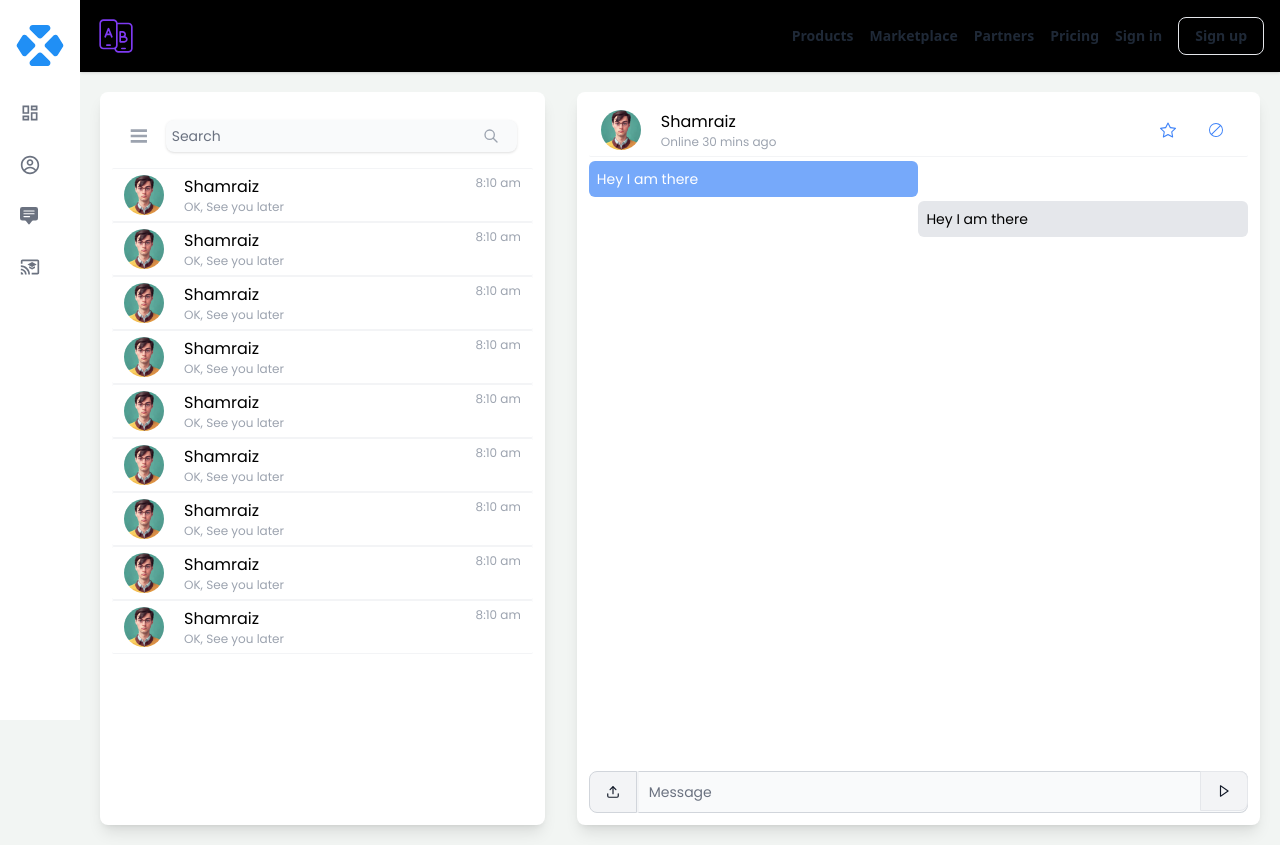
Repository: Shamraiz761/Frontend-Assessment
Page: /chat
The author's editor kept a copy of each file at every save. The page is drawn from the files as they stood at one save, then again after the next save.
The browser window is 1280 px wide. The pictures show the whole page.
The project was rebuilt for these pictures with package versions that can differ from the ones it lists, and the page was loaded fresh each time. Also part of the build but not shown: vite.config.js, src/routes/root.jsx, src/pages/orders/index.jsx, src/pages/submission/index.jsx, src/pages/admin/index.css, src/components/admin/card.jsx, src/components/admin/addCard.jsx, src/pages/admin/index.jsx and 3 more. Imported but missing from the stored project, and not drawn on this page: src/pages/auth/login, src/pages/tasks, src/routes/profileLayout.

Above is the page before, as saved 2023-07-06 13:49:40.

After the next save:
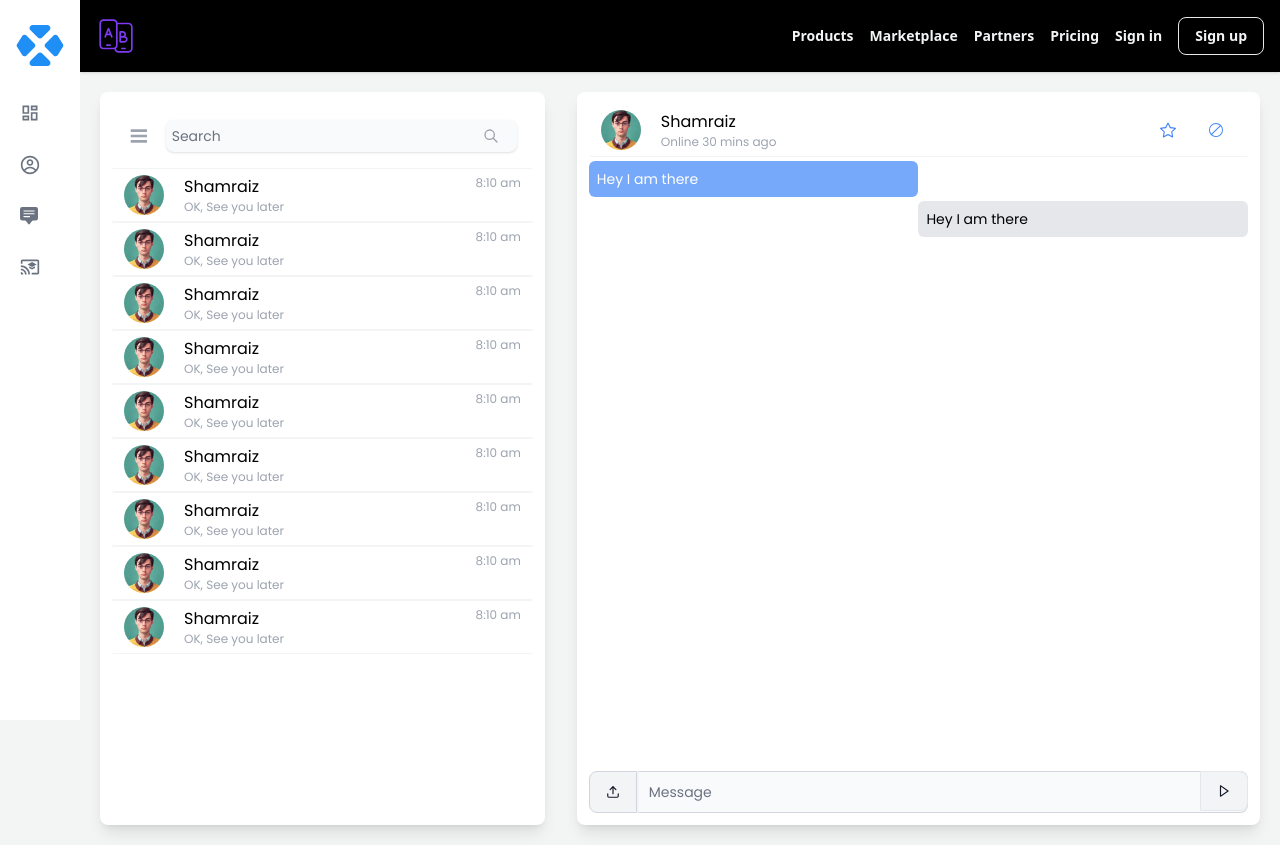
Saved 52 s later.
--- a/src/components/header/index.jsx
+++ b/src/components/header/index.jsx
@@ -34,25 +34,25 @@ function Header() {
                 <div class="hidden sm:flex sm:items-center mr-4">
                   <a
                     href="#"
-                    class="text-gray-800 text-sm font-semibold hover:text-purple-600 mr-4"
+                    class="text-gray-100 text-sm font-semibold hover:text-purple-600 mr-4"
                   >
                     Products
                   </a>
                   <a
                     href="#"
-                    class="text-gray-800 text-sm font-semibold hover:text-purple-600 mr-4"
+                    class="text-gray-100 text-sm font-semibold hover:text-purple-600 mr-4"
                   >
                     Marketplace
                   </a>
                   <a
                     href="#"
-                    class="text-gray-800 text-sm font-semibold hover:text-purple-600 mr-4"
+                    class="text-gray-100 text-sm font-semibold hover:text-purple-600 mr-4"
                   >
                     Partners
                   </a>
                   <a
                     href="#"
-                    class="text-gray-800 text-sm font-semibold hover:text-purple-600"
+                    class="text-gray-100 text-sm font-semibold hover:text-purple-600"
                   >
                     Pricing
                   </a>
@@ -61,13 +61,13 @@ function Header() {
                 <div class="hidden sm:flex sm:items-center">
                   <a
                     href="#"
-                    class="text-gray-800 text-sm font-semibold hover:text-purple-600 mr-4"
+                    class="text-gray-100 text-sm font-semibold hover:text-purple-600 mr-4"
                   >
                     Sign in
                   </a>
                   <a
                     href="#"
-                    class="text-gray-800 text-sm font-semibold border px-4 py-2 rounded-lg hover:text-purple-600 hover:border-purple-600"
+                    class="text-gray-100 text-sm font-semibold border px-4 py-2 rounded-lg hover:text-purple-600 hover:border-purple-600"
                   >
                     Sign up
                   </a>
@@ -91,38 +91,38 @@ function Header() {
               <div class="flex flex-col">
                 <a
                   href="#"
-                  class="text-gray-800 text-sm font-semibold hover:text-purple-600 mb-1"
+                  class="text-gray-100 text-sm font-semibold hover:text-purple-600 mb-1"
                 >
                   Products
                 </a>
                 <a
                   href="#"
-                  class="text-gray-800 text-sm font-semibold hover:text-purple-600 mb-1"
+                  class="text-gray-100 text-sm font-semibold hover:text-purple-600 mb-1"
                 >
                   Marketplace
                 </a>
                 <a
                   href="#"
-                  class="text-gray-800 text-sm font-semibold hover:text-purple-600 mb-1"
+                  class="text-gray-100 text-sm font-semibold hover:text-purple-600 mb-1"
                 >
                   Partners
                 </a>
                 <a
                   href="#"
-                  class="text-gray-800 text-sm font-semibold hover:text-purple-600 mb-1"
+                  class="text-gray-100 text-sm font-semibold hover:text-purple-600 mb-1"
                 >
                   Pricing
                 </a>
                 <div class="flex justify-between items-center border-t-2 pt-2">
                   <a
                     href="#"
-                    class="text-gray-800 text-sm font-semibold hover:text-purple-600 mr-4"
+                    class="text-gray-100 text-sm font-semibold hover:text-purple-600 mr-4"
                   >
                     Sign in
                   </a>
                   <a
                     href="#"
-                    class="text-gray-800 text-sm font-semibold border px-4 py-1 rounded-lg hover:text-purple-600 hover:border-purple-600"
+                    class="text-gray-100 text-sm font-semibold border px-4 py-1 rounded-lg hover:text-purple-600 hover:border-purple-600"
                   >
                     Sign up
                   </a>
